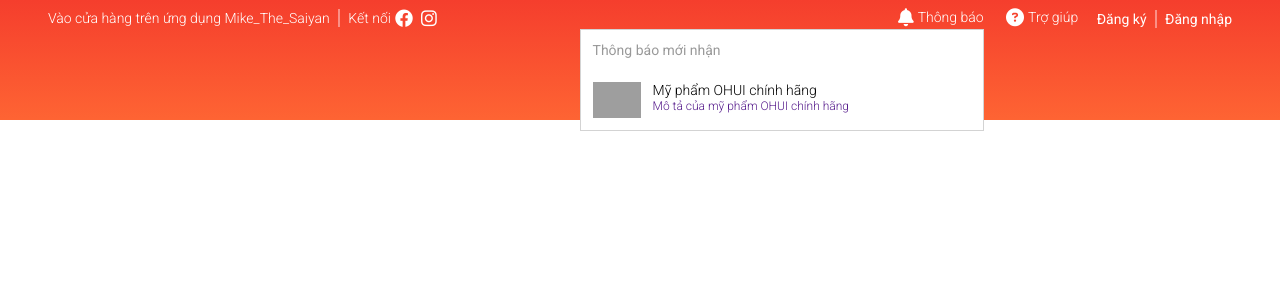
Repository: thefellowshiplotr/project_shopee
Page: index.html
These files come from the project's save history. The page is drawn as it stood at one moment and after the next save; the edit follows.
The browser window is 1280 px wide. The pictures show the whole page.
Pictures or frames that could not be fetched are drawn as grey boxes.

Above is the page before, as saved 2022-11-07 09:56:32.

### index.html
<!DOCTYPE html>
<html lang="en">
  <head>
    <meta charset="UTF-8" />
    <meta http-equiv="X-UA-Compatible" content="IE=edge" />
    <meta name="viewport" content="width=device-width, initial-scale=1.0" />
    <title>Shopee</title>
    <link
      rel="stylesheet"
      href="https://cdnjs.cloudflare.com/ajax/libs/normalize/8.0.1/normalize.min.css"
      integrity="sha512-NhSC1YmyruXifcj/KFRWoC561YpHpc5Jtzgvbuzx5VozKpWvQ+4nXhPdFgmx8xqexRcpAglTj9sIBWINXa8x5w=="
      crossorigin="anonymous"
      referrerpolicy="no-referrer"
    />
    <link rel="preconnect" href="https://fonts.googleapis.com" />
    <link rel="preconnect" href="https://fonts.gstatic.com" crossorigin />
    <link
      href="https://fonts.googleapis.com/css2?family=Roboto:wght@300;400;500;700&display=swap"
      rel="stylesheet"
    />
    <link rel="stylesheet" href="./assets/css/base.css" />
    <link rel="stylesheet" href="./assets/css/main.css" />
    <link
      rel="stylesheet"
      href="./assets/fonts/fontawesome-free-6.2.0-web/fontawesome-free-6.2.0-web/css/all.min.css"
    />
  </head>
  <body>
    <div class="wrapper">
      <header class="header">
        <div class="grid">
          <nav class="header__navbar">
            <ul class="header__navbar-list">
              <li
                class="header__navbar-item header__navbar-item-has-qr header__navbar-item--separate"
              >
                Vào cửa hàng trên ứng dụng Mike_The_Saiyan

                <!-- Header QR -->
                <div class="header__qr">
                  <img
                    src="./assets/img/QR-shopee.png"
                    alt="QR code"
                    class="header__qr-img"
                  />
                  <div class="header__qr-apps">
                    <a href="" class="header__qr-link">
                      <img
                        src="./assets/img/appstore.png"
                        alt="Appstore"
                        class="header__qr-download-img"
                      />
                    </a>
                    <a href="" class="header__qr-link">
                      <img
                        src="./assets/img/google-play.png"
                        alt="Google Play"
                        class="header__qr-download-img"
                      />
                    </a>
                    <a href="" class="header__qr-link">
                      <img
                        src="./assets/img/app-galery.png"
                        alt="App Galary"
                        class="header__qr-download-img"
                      />
                    </a>
                  </div>
                </div>
              </li>
              <li class="header__navbar-item">
                <span class="header__navbar-title--no-pointer">Kết nối</span>
                <a href="" class="header__navbar-icon-link"
                  ><i class="header__navbar-icon fa-brands fa-facebook"></i
                ></a>
                <a href="" class="header__navbar-icon-link"
                  ><i class="header__navbar-icon fa-brands fa-instagram"></i
                ></a>
              </li>
            </ul>
            <ul class="header__navbar-list">
              <li class="header__navbar-item">
                <a href="" class="header__navbar-item-link">
                  <i class="header__navbar-icon fa-solid fa-bell"></i>
                  Thông báo
                </a>
                <div class="header__notify">
                  <header class="header__notify-header">
                    <h3>Thông báo mới nhận</h3>
                  </header>
                  <ul class="header__notify-list">
                    <li class="header__notify-item">
                      <a href="" class="header__notify-link">
                        <img
                          src="https://cdn.abphotos.link/photos/resized/200x120/83-1625652146-myphamohui-lgvina.png"
                          alt=""
                          class="header__notify-img"
                        />
                        <div class="header__notify-info">
                          <span class="header__notify-name"
                            >Mỹ phẩm OHUI chính hãng</span
                          >
                          <span class="header__notify-description"
                            >Mô tả của mỹ phẩm OHUI chính hãng</span
                          >
                        </div>
                      </a>
                    </li>
                  </ul>
                </div>
              </li>
              <li class="header__navbar-item">
                <a href="" class="header__navbar-item-link">
                  <i
                    class="header__navbar-icon fa-solid fa-circle-question"
                  ></i>
                  Trợ giúp
                </a>
              </li>
              <li
                class="header__navbar-item header__navbar-item--strong header__navbar-item--separate"
              >
                Đăng ký
              </li>
              <li class="header__navbar-item header__navbar-item--strong">
                Đăng nhập
              </li>
            </ul>
          </nav>
        </div>
      </header>

      <div class="container"></div>

      <footer class="footer"></footer>
    </div>
  </body>
</html>

### assets/css/base.css
:root {
  --white-color: #fff;
  --black-color: #000;
  --text-color: #333;
}

* {
  box-sizing: inherit;
}

html {
  font-size: 62.5%; /* Sử dụng kĩ thuật HACK*/
  line-height: 1.6rem;
  font-family: "Roboto", sans-serif;
  box-sizing: border-box;
}

.grid {
  width: 1200px;
  max-width: 100%;
  margin: 0 auto;
}

.grid__full-width {
  width: 100%;
}

.grid__row {
  display: flex;
  flex-wrap: wrap;
}

/* Animation */
@keyframes fadeIn {
  from {
    opacity: 0;
  }
  to {
    opacity: 1;
  }
}

### assets/css/main.css
.header {
  height: 120px;
  background-image: linear-gradient(0, #fe6433, #f53e2d);
}

.header__navbar {
  display: flex;
  justify-content: space-between;
  align-items: center;
}

.header__navbar-list {
  list-style: none;
  padding-left: 0;
  margin-top: 4px;
}

.header__navbar-item {
  margin: 0 8px;
  position: relative;
  min-height: 25px;
}

.header__navbar-item-has-qr:hover .header__qr {
  display: block;
}

.header__navbar-item,
.header__navbar-item-link {
  display: inline-block;
  font-size: 1.4rem;
  color: var(--white-color);
  text-decoration: none;
  font-weight: 300;
}

.header__navbar-item,
.header__navbar-item-link,
.header__navbar-icon-link {
  display: inline-flex;
  align-items: center;
}

.header__navbar-item:hover,
.header__navbar-item-link:hover,
.header__navbar-icon-link:hover {
  cursor: pointer;
  color: rgba(255, 255, 255, 0.7);
}

.header__navbar-item--strong {
  font-weight: 400;
}

.header__navbar-item--separate::after {
  content: "";
  display: block;
  position: absolute;
  border: 1px solid #fb9086;
  height: 16px;
  right: -10px;
  top: 50%;
  transform: translateY(-50%);
}

.header__navbar-icon-link {
  color: var(--white-color);
  text-decoration: none;
}

.header__navbar-icon {
  font-size: 1.8rem;
  margin: 0 4px;
}

.header__navbar-title--no-pointer {
  cursor: text;
  color: var(--white-color);
}

/* Header QR code*/
.header__qr {
  width: 186px;
  background-color: var(--white-color);
  position: absolute;
  left: 0;
  top: 118%; /* làm cho nó cao bằng 100% chiều cao của thằng chứa nó*/
  padding: 8px;
  border-radius: 2px;
  display: none;
  animation: fadeIn ease-in 0.4s;
}

.header__qr::before {
  position: absolute;
  left: 0;
  top: -16px;
  width: 100%;
  height: 20px;
  content: "";
  display: block;
}

.header__qr-img {
  width: 100%;
}

.header__qr-apps {
  display: flex;
  justify-content: space-between;
  flex-wrap: wrap;
  margin-top: 5px;
}

.header__qr-link:nth-child(1) {
  margin-left: 9px;
}

.header__qr-link:nth-child(2) {
  margin-right: 9px;
}
.header__qr-link:nth-child(3) {
  margin-left: 8px;
  margin-top: 8px;
}

.header__qr-download-img {
  height: 16px;
}

/* header notification */

.header__notify {
  position: absolute;
  top: 100%;
  width: 404px;
  right: 0;
  border: 1px solid #d3d3d3;
  background-color: var(--white-color);
}

.header__notify-header {
  height: 40px;
  background-color: var(--white-color);
}

.header__notify-header h3 {
  color: #999;
  margin: 0 0 0 12px;
  font-weight: 400;
  font-size: 1.4rem;
  line-height: 40px;
}

.header__notify-list {
  padding-left: 0;
}

.header__notify-item {
  display: flex;
}

.header__notify-link {
  display: flex;
  padding: 12px;
  text-decoration: none;
}

.header__notify-img {
  width: 48px;
  object-fit: contain;
}

.header__notify-info {
  margin-left: 12px;
}

.header__notify-name {
  display: block;
  font-size: 14px;
  color: var(--black-color);
}

.header__notify-description {
  display: block;
  font-size: 12px;
}

Loaded but not shown: assets/fonts/fontawesome-free-6.2.0-web/fontawesome-free-6.2.0-web/css/all.min.css (library)

After the next save:
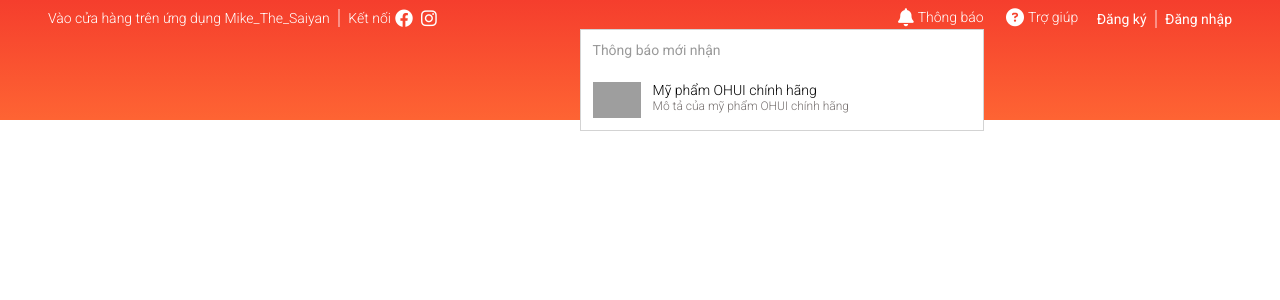
Saved 29 s later.
--- a/assets/css/main.css
+++ b/assets/css/main.css
@@ -184,4 +184,5 @@
 .header__notify-description {
   display: block;
   font-size: 12px;
+  color: #756f6e;
 }
